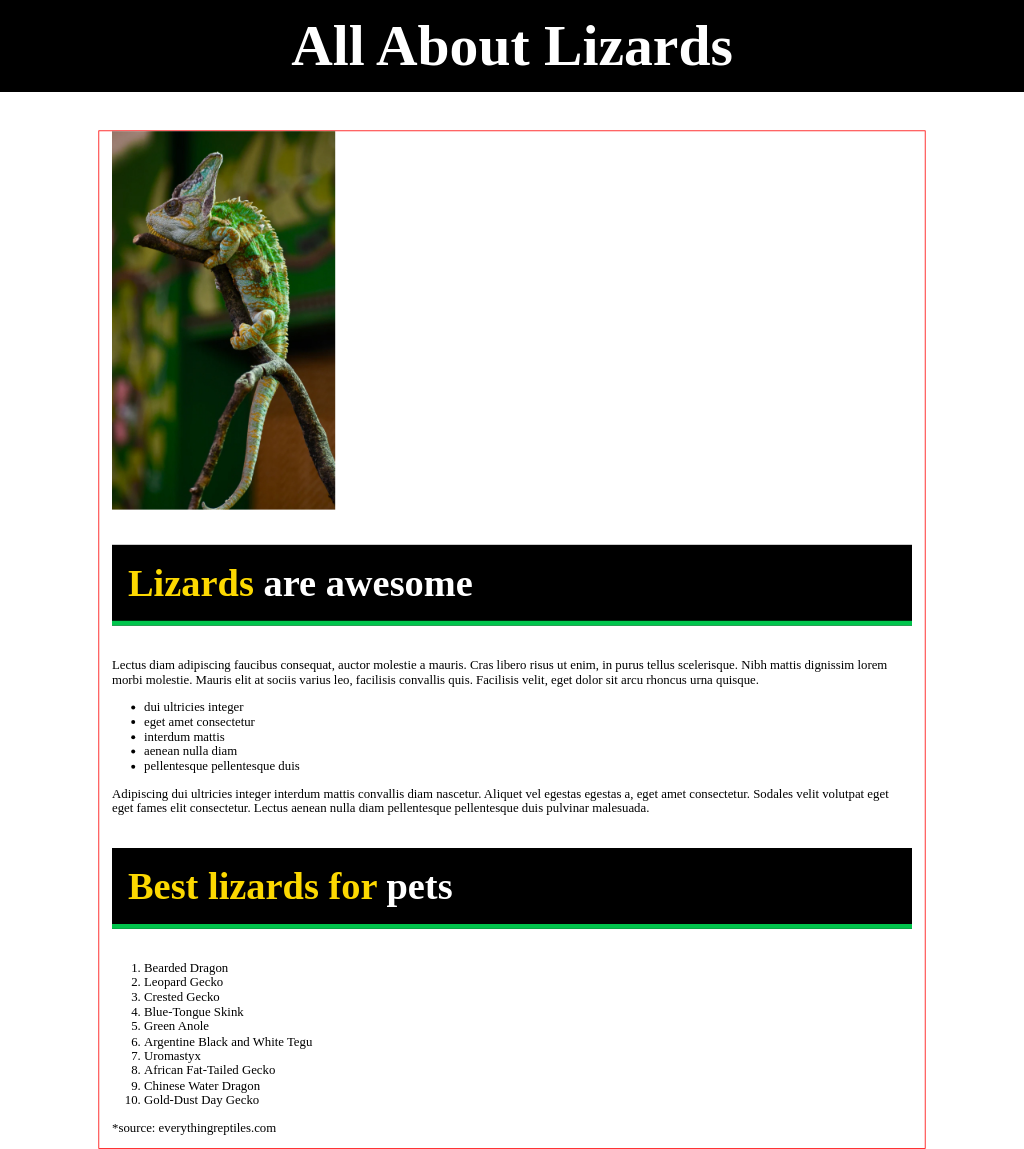
Repository: Doumham-Armah/lizards-landing--page
Page: index.html
The author's editor kept a copy of each file at every save. The page is drawn from the files as they stood at one save, then again after the next save.
The browser window is 1280 px wide. The pictures show the whole page, at 80% of full size.

Above is the page before, as saved 2021-08-10 15:05:37.

### index.html
<!DOCTYPE html>
<html>
  <head>
    <link
      rel="stylesheet"
      href="https://cdnjs.cloudflare.com/ajax/libs/normalize/8.0.1/normalize.css"
    />
    <title>All about lizards</title>
    <link href="css/style.css" rel="stylesheet" />
  </head>
  <body>
    <header>
      <h1>All About Lizards</h1>
    </header>

    <main>
      <div class="container">
        <div class="columns">
          <section class="main-content">
            <img
              src="images/chameleon.jpg"
              alt="a chameleon climbing a branch"
            />

            <h2 class="subhead">
              Lizards <span class="white-text">are awesome</span>
            </h2>
            <p>
              Lectus diam adipiscing faucibus consequat, auctor molestie a
              mauris. Cras libero risus ut enim, in purus tellus scelerisque.
              Nibh mattis dignissim lorem morbi molestie. Mauris elit at sociis
              varius leo, facilisis convallis quis. Facilisis velit, eget dolor
              sit arcu rhoncus urna quisque.
            </p>

            <!-- insert the unordered list here -->
            <ul>
              <li>dui ultricies integer</li>
              <li>eget amet consectetur</li>
              <li>interdum mattis</li>
              <li>aenean nulla diam</li>
              <li>pellentesque pellentesque duis</li>
            </ul>

            <p>
              Adipiscing dui ultricies integer interdum mattis convallis diam
              nascetur. Aliquet vel egestas egestas a, eget amet consectetur.
              Sodales velit volutpat eget eget fames elit consectetur. Lectus
              aenean nulla diam pellentesque pellentesque duis pulvinar
              malesuada.
            </p>
          </section>

          <aside class="sidebar">
            <h2 class="subhead">
              Best lizards for <span class="white-text">pets</span>
            </h2>
            <!-- insert the ordered list here -->
            <ol>
              <li>Bearded Dragon</li>
              <li>Leopard Gecko</li>
              <li>Crested Gecko</li>
              <li>Blue-Tongue Skink</li>
              <li>Green Anole</li>
              <li>Argentine Black and White Tegu</li>
              <li>Uromastyx</li>
              <li>African Fat-Tailed Gecko</li>
              <li>Chinese Water Dragon</li>
              <li>Gold-Dust Day Gecko</li>
            </ol>
            <p>*source: everythingreptiles.com</p>
          </aside>
        </div>
      </div>
    </main>
  </body>
</html>

### css/style.css
body {
  margin: 0;
}

h1 {
  background-color: black;
  color: white;
  text-align: center;
  padding: 1rem 0rem;
  margin-top: 0;
  font-size: 4.5rem;
}

.subhead {
  background-color: black;
  color: #fcd801;
  font-size: 3rem;
  padding: 1.25rem;
  border-bottom: 0.4rem #00c54c solid;
}

.white-text {
  color: white;
}

.container {
  border: 1px solid red;
  max-width: 62.5rem;
  margin: 0 auto;
  padding: 0rem 1rem;
}

After the next save:
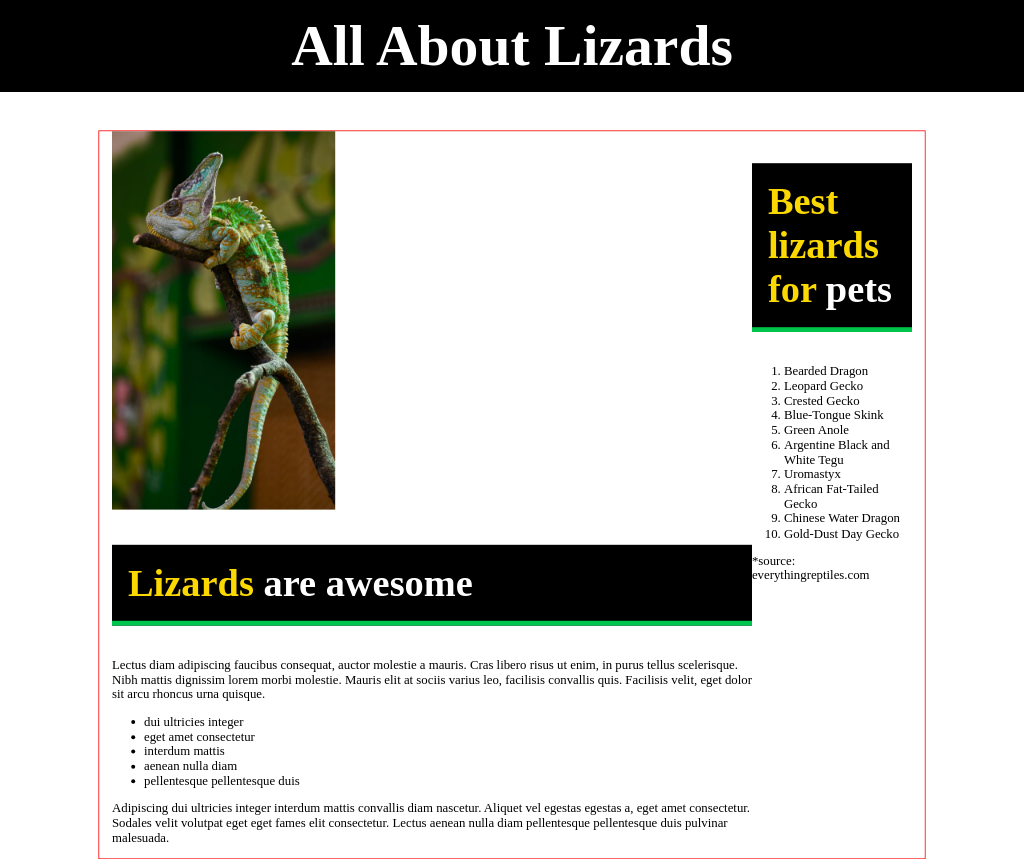
Saved 30 s later.
--- a/css/style.css
+++ b/css/style.css
@@ -29,3 +29,7 @@ h1 {
   margin: 0 auto;
   padding: 0rem 1rem;
 }
+
+.columns {
+  display: flex;
+}
